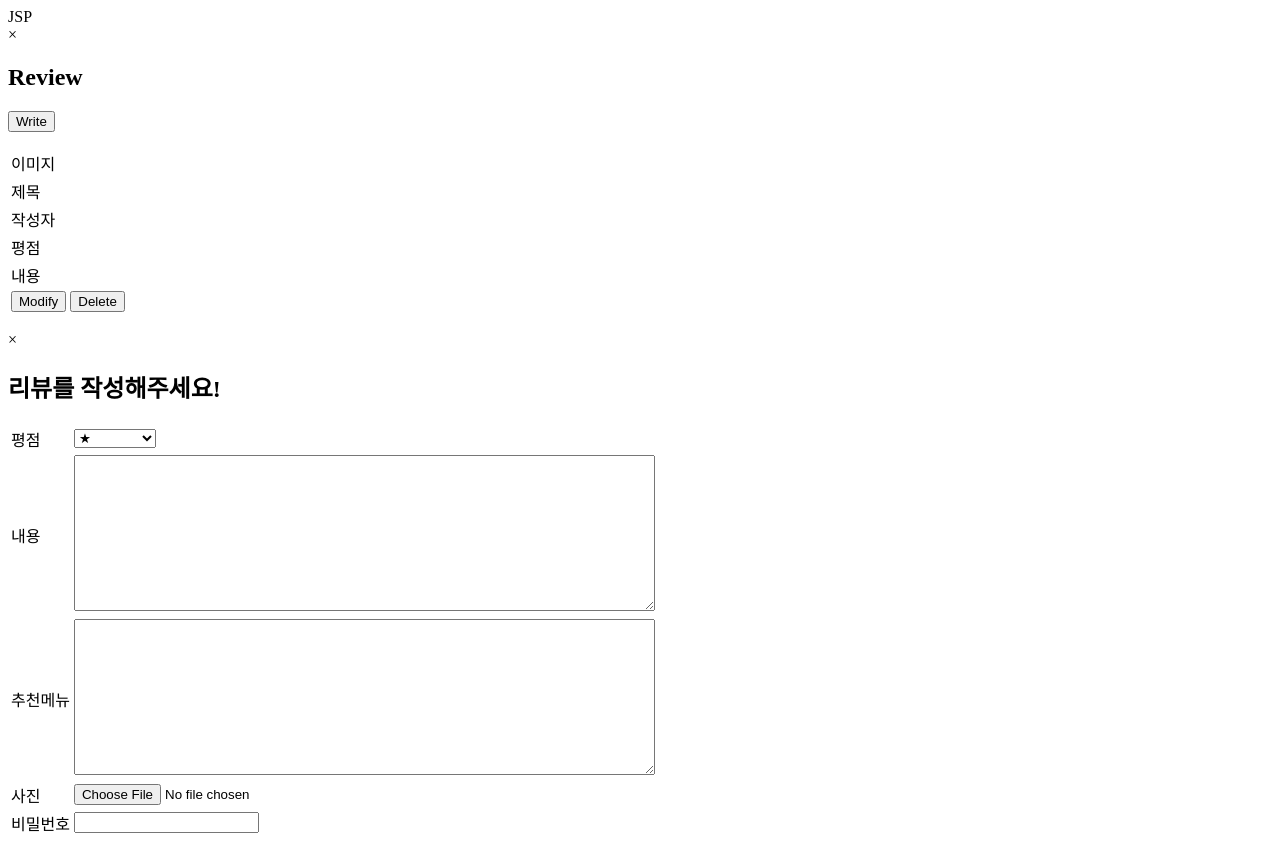
Repository: jsn6672/SemiProject2
Page: http://localhost/SemiProject/jsp/review.jsp
The author's editor kept a copy of each file at every save. The page is drawn from the files as they stood at one save, then again after the next save.
The browser window is 1280 px wide. The pictures show the whole page.
The page is served by Tomcat 9.

Above is the page before, as saved 2023-06-27 02:02:19.

After the next save:
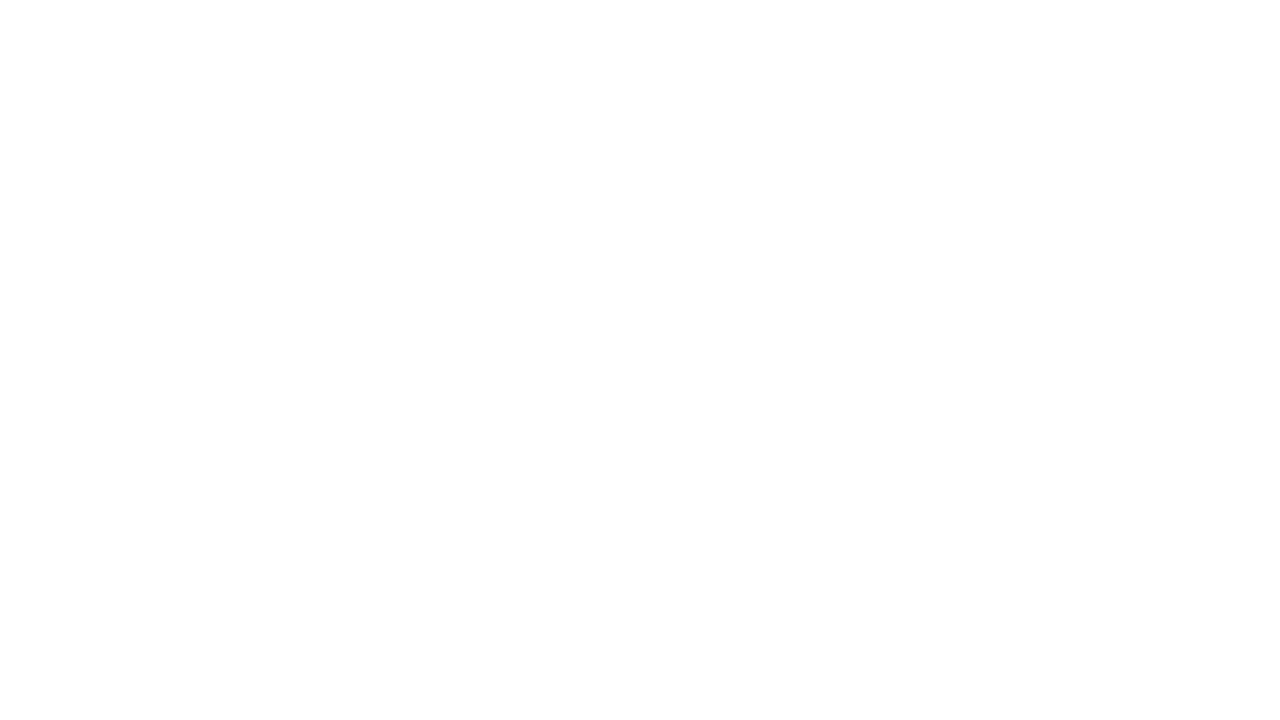
Saved 49 min 23 s later.
--- a/SemiProject/src/main/webapp/jsp/review.jsp
+++ b/SemiProject/src/main/webapp/jsp/review.jsp
@@ -5,6 +5,7 @@
 <head>
 <meta charset="UTF-8">
 <title>Insert title here</title>
+	<script type="text/javascript" src="js/reviewfunction.js">
 </head>
 <body>
 JSP

After the save that followed:
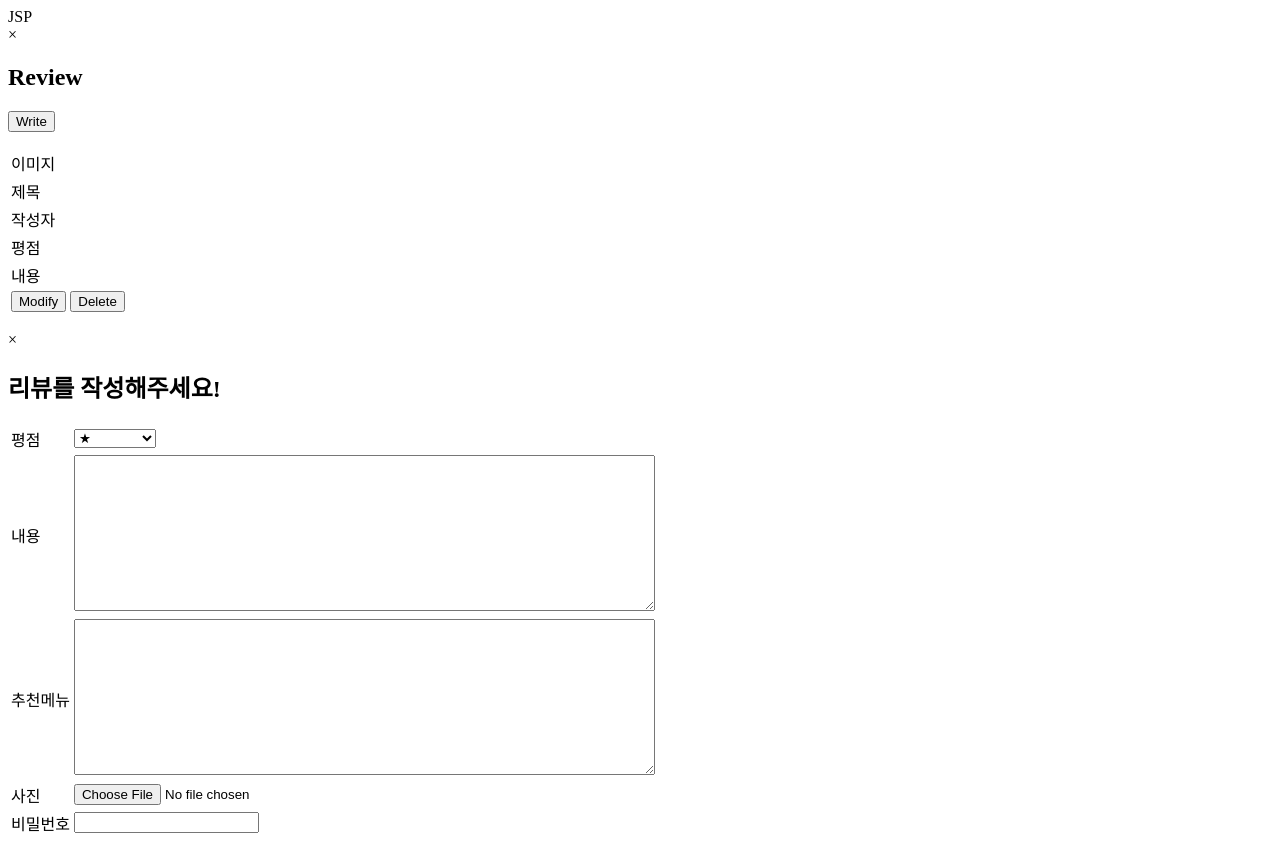
Saved 10 min 5 s later.
--- a/SemiProject/src/main/webapp/jsp/review.jsp
+++ b/SemiProject/src/main/webapp/jsp/review.jsp
@@ -5,7 +5,7 @@
 <head>
 <meta charset="UTF-8">
 <title>Insert title here</title>
-	<script type="text/javascript" src="js/reviewfunction.js">
+	<script type="text/javascript" src="js/reviewfunction.js"></script>
 </head>
 <body>
 JSP
